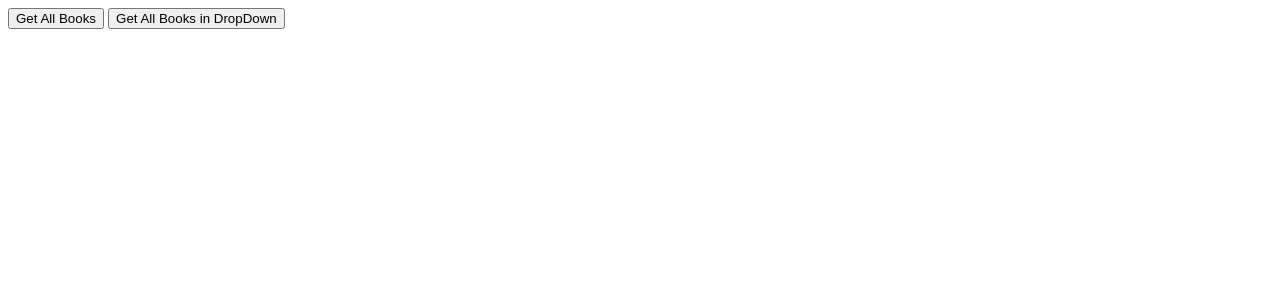
Repository: PranavDwagh/Spring-Boot-MVC-and-RestAPI
Page: GroceryAssignmentRestAPI/src/main/resources/static/jq.html
The author's editor kept a copy of each file at every save. The page is drawn from the files as they stood at one save, then again after the next save.
The browser window is 1280 px wide. The pictures show the whole page.

Above is the page before, as saved 2022-02-01 14:54:13.

After the next save:
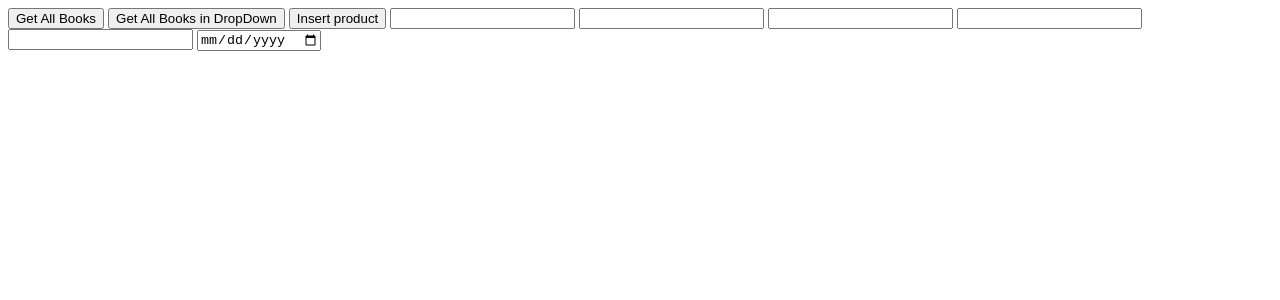
Saved 21 min 53 s later.
--- a/GroceryAssignmentRestAPI/src/main/resources/static/jq.html
+++ b/GroceryAssignmentRestAPI/src/main/resources/static/jq.html
@@ -27,10 +27,32 @@
                         var s = $("<select></select>");
                         for(var i=0; i<data.length;i++)
                         {
-                            console.log(data[i].name)
+                           // console.log(data[i].name)
                             s.append(`<option value=${data[i].name}>${data[i].name}</option>`)
                         }
                         $("#dis").append(s);
+                    }
+                })
+            })
+            // grocery/add/{id}/{name}/{cost}/{description}/{unit}/{date1}
+            $("#b3").click(()=>{
+                var id = $("#id").val();
+                var name = $("#name").val();
+                var cost = $("#cost").val();
+                var description = $("#description").val();
+                var unit = $("#unit").val();
+                var date11 = $("#date").val();
+
+                var url = `grocery/add/${id}/${name}/${cost}/${description}/${unit}/${date11}`
+
+
+                $.ajax({
+
+                    url:url,
+                    type:'POST',
+                    success:function(data)
+                    {
+                        $("#dis").html("<b>Inserted</b>");
                     }
                 })
             })
@@ -41,6 +63,14 @@
 <body>
     <button id="b1">Get All Books</button>
     <button id="b2">Get All Books in DropDown</button>
+    <button id="b3">Insert product</button>
+    <input type="number" name="" id="id"/>
+    <input type="text" name="" id="name"/>
+    <input type="number" name="" id="cost"/>
+    <input type="description" name="" id="desc"/>
+    <input type="unit" name="" id="desc"/>
+    <input type="date" name="" id="date"/>
+
     <p id="dis"></p>
 </body>
 </html>
